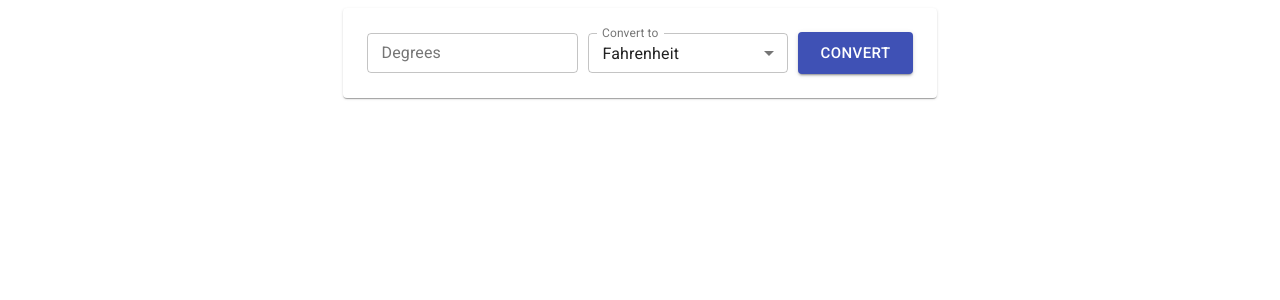
Repository: zum281/temperature-converter
Page: /
An editor plug-in stored every save of this project. The page is shown before and after the next save, followed by the edit.
The browser window is 1280 px wide. The pictures show the whole page.
The project was rebuilt for these pictures with package versions that can differ from the ones it lists, and the page was loaded fresh each time.

Above is the page before, as saved 2021-07-09 14:23:45.

### public/index.html
<!DOCTYPE html>
<html lang="en">

  <head>
    <meta charset="utf-8" />
    <link rel="icon" href="%PUBLIC_URL%/favicon.ico" />
    <meta name="viewport" content="width=device-width, initial-scale=1" />
    <meta name="theme-color" content="#000000" />
    <meta name="description" content="Web site created using create-react-app" />
    <link rel="apple-touch-icon" href="%PUBLIC_URL%/logo192.png" />
    <!--
      manifest.json provides metadata used when your web app is installed on a
      user's mobile device or desktop. See https://developers.google.com/web/fundamentals/web-app-manifest/
    -->
    <link rel="manifest" href="%PUBLIC_URL%/manifest.json" />
    <!--
      Notice the use of %PUBLIC_URL% in the tags above.
      It will be replaced with the URL of the `public` folder during the build.
      Only files inside the `public` folder can be referenced from the HTML.

      Unlike "/favicon.ico" or "favicon.ico", "%PUBLIC_URL%/favicon.ico" will
      work correctly both with client-side routing and a non-root public URL.
      Learn how to configure a non-root public URL by running `npm run build`.
    -->
    <link rel="stylesheet" href="https://fonts.googleapis.com/css?family=Roboto:300,400,500,700&display=swap" />
    <title>Temperature Converter</title>
  </head>

  <body>
    <noscript>You need to enable JavaScript to run this app.</noscript>
    <div id="root"></div>
    <!--
      This HTML file is a template.
      If you open it directly in the browser, you will see an empty page.

      You can add webfonts, meta tags, or analytics to this file.
      The build step will place the bundled scripts into the <body> tag.

      To begin the development, run `npm start` or `yarn start`.
      To create a production bundle, use `npm run build` or `yarn build`.
    -->
  </body>

</html>

### src/index.css
/* Chrome, Safari, Edge, Opera */
input::-webkit-outer-spin-button,
input::-webkit-inner-spin-button {
    -webkit-appearance: none;
    margin: 0;
}

/* Firefox */
input[type="number"] {
    -moz-appearance: textfield;
}

### src/App.js
import { makeStyles } from "@material-ui/core/styles";
import { Paper, Button, TextField, MenuItem } from "@material-ui/core";
import { useState } from "react";
import Result from "./components/Result";

const useStyles = makeStyles((theme) => {
    return {
        root: {
            display: "flex",
            alignItems: "center",
            justifyContent: "center",
        },
        paper: {
            padding: theme.spacing(3),
            maxWidth: "600px",
        },
        form: {
            display: "flex",
            alignItems: "center",
            justifyContent: "center",
            gap: "10px",
        },

        select: {
            minWidth: "200px",
        },
    };
});

function App() {
    const types = ["Fahrenheit", "Celsius"];
    const classes = useStyles();
    const [type, setType] = useState(types[0]);
    const [degrees, setDegrees] = useState("");
    const [result, setResult] = useState({
        value: null,
        type: null,
        unit: null,
    });
    const inputNumberProps = {
        step: 0.01,
    };

    const handleClick = () => {
        if (type && degrees) {
            if (type === types[0]) {
                // f to c
                let t_celsius = (degrees - 32) * (5 / 9);
                let res = {
                    value: t_celsius,
                    type: types[1],
                    unit: "°F",
                };
                setResult({ ...res });
            } else {
                // c to f
                let t_fahrenheit = degrees * (9 / 5) + 32;
                let res = {
                    value: t_fahrenheit,
                    type: types[1],
                    unit: "°C",
                };
                setResult({ ...res });
            }
        } else {
            console.log("error");
        }
    };

    return (
        <div className={classes.root}>
            <Paper className={classes.paper}>
                <form noValidate autoComplete="off" className={classes.form}>
                    <TextField
                        type="number"
                        size="small"
                        variant="outlined"
                        label="Degrees"
                        inputProps={inputNumberProps}
                        value={degrees}
                        onChange={(event) =>
                            setDegrees(parseFloat(event.target.value))
                        }
                    />

                    <TextField
                        select
                        label="Convert to"
                        value={type}
                        onChange={(event) => setType(event.target.value)}
                        variant="outlined"
                        size="small"
                        className={classes.select}
                    >
                        {types.map((option) => (
                            <MenuItem key={option} value={option}>
                                {option}
                            </MenuItem>
                        ))}
                    </TextField>

                    <Button
                        variant="contained"
                        color="primary"
                        size="large"
                        onClick={handleClick}
                    >
                        convert
                    </Button>
                </form>

                {result && (
                    <Result
                        value={result.value}
                        type={result.type}
                        unit={result.unit}
                    />
                )}
            </Paper>
        </div>
    );
}

export default App;

### src/components/Result.js
import { makeStyles } from "@material-ui/core/styles";
import { Typography } from "@material-ui/core";

const Result = ({ value, type, unit }) => {
    return (
        <div>
            <Typography variant="subtitle1"></Typography>
        </div>
    );
};

export default Result;

Loaded but not shown: src/index.js (common file)

After the next save:
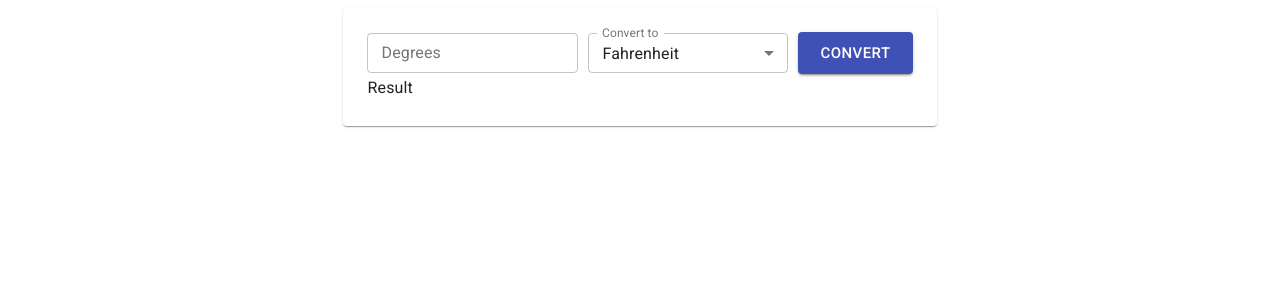
Saved 17 s later.
--- a/src/components/Result.js
+++ b/src/components/Result.js
@@ -4,7 +4,7 @@ import { Typography } from "@material-ui/core";
 const Result = ({ value, type, unit }) => {
     return (
         <div>
-            <Typography variant="subtitle1"></Typography>
+            <Typography variant="subtitle1">Result</Typography>
         </div>
     );
 };

After the save that followed:
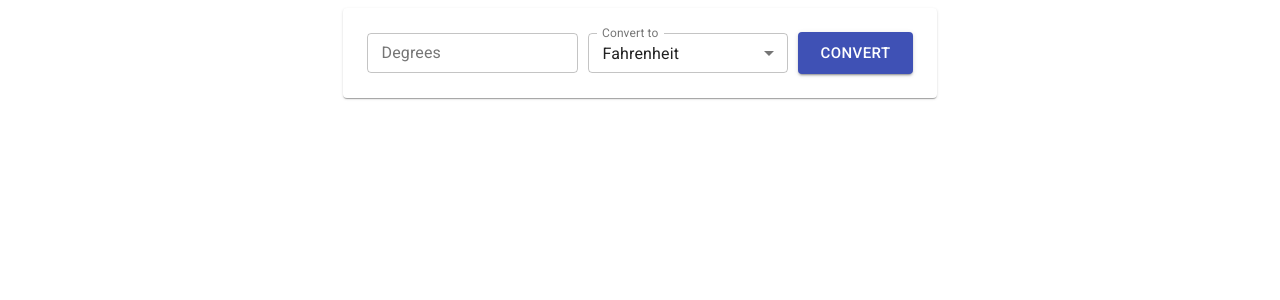
Saved 10 s later.
--- a/src/App.js
+++ b/src/App.js
@@ -109,7 +109,7 @@ function App() {
                     </Button>
                 </form>
 
-                {result && (
+                {result.value && (
                     <Result
                         value={result.value}
                         type={result.type}
